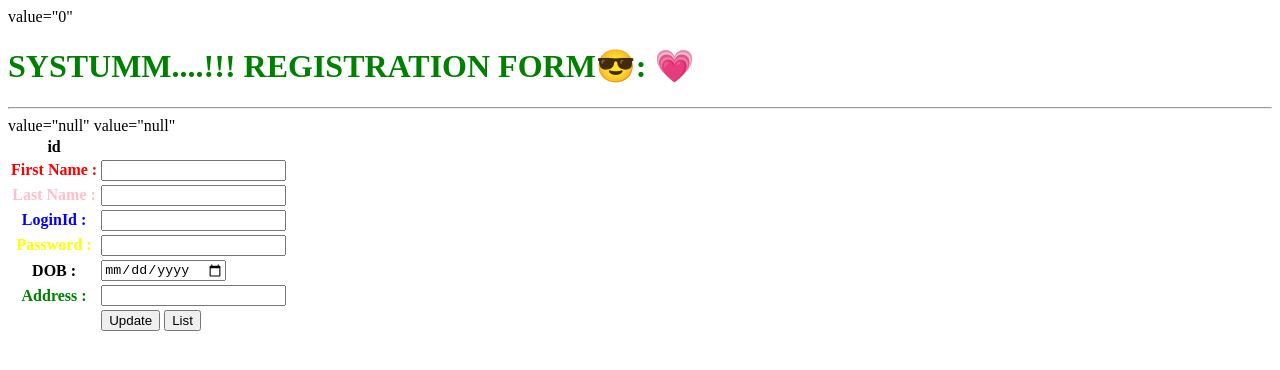
Repository: Jatdevta/AdvanceJava
Page: http://localhost/DynamicProject/UpdateUser.jsp
These files come from the project's save history. The page is drawn as it stood at one moment and after the next save; the edit follows.
The browser window is 1280 px wide. The pictures show the whole page.
The page is served by Tomcat 9. Other server files are loaded and not shown.

Above is the page before, as saved 2023-08-21 09:45:15.

### Advancejava/DynamicProject/WebContent/UpdateUser.jsp
<%@page import="in.co.rays.bean.UserBean"%>
<%@ page language="java" contentType="text/html; charset=ISO-8859-1"
	pageEncoding="ISO-8859-1"%>
<!DOCTYPE html>
<html>
<head>
<meta charset="ISO-8859-1">
<title>Insert title here</title>
</head>
<body>
 <%
 UserBean bean = new UserBean();
 %>

	<form action="UserCtl" method="post">
		<table>

			<tr>
				<th>id</th>
				<td><input type="hidden" name="id"></td>
				value="<%=bean.getId() %>"
			</tr>

			<tr>
				<h1>
					<font color="green">SYSTUMM....!!! REGISTRATION
						FORM&#128526: &#128151 </font>
				</h1>
				<hr>
				<th style="color: red;">First Name :</th>
				<td><input type="text" name="firstName"></td>
				value="<%=bean.getFirstName() %>"
			</tr>
			<tr>
				<th style="color: pink;">Last Name :</th>
				<td><input type="text" name="lastName"></td>
				value="<%=bean.getLastName() %>"
			</tr>
			<tr>
				<th style="color: blue;">LoginId :</th>
				<td><input type="text" name="loginId"></td>
			</tr>
			<tr>
				<th style="color: yellow;">Password :</th>
				<td><input type="password" name="password"></td>
			</tr>
			<tr>
				<th style="color: voilet;">DOB :</th>
				<td><input type="date" name="dob"></td>
			</tr>
			<tr>
				<th style="color: green;">Address :</th>
				<td><input type="text" name="address"></td>
			</tr>
			<tr>
				<th></th>
				<td><input type="Submit" name="operation" value="Update">
					<input type="submit" name="operation" value="List"></td>
			</tr>
		</table>
	</form>
</body>
</html>

### Advancejava/DynamicProject/src/in/co/rays/bean/UserBean.java
package in.co.rays.bean;

import java.util.Date;

public class UserBean {
	private int id ;
	private String FirstName;
	private String LastName ;
	private String LoginId;
	private String Password;
	private String Address;
	private Date Dob;
	public int getId() {
		return id;
	}
	public void setId(int id) {
		this.id = id;
	}
	public String getFirstName() {
		return FirstName;
	}
	public void setFirstName(String firstName) {
		FirstName = firstName;
	}
	public String getLastName() {
		return LastName;
	}
	public void setLastName(String lastName) {
		LastName = lastName;
	}
	public String getLoginId() {
		return LoginId;
	}
	public void setLoginId(String loginId) {
		LoginId = loginId;
	}
	public String getPassword() {
		return Password;
	}
	public void setPassword(String password) {
		Password = password;
	}
	public String getAddress() {
		return Address;
	}
	public void setAddress(String address) {
		Address = address;
	}
	public Date getDob() {
		return Dob;
	}
	public void setDob(Date dob) {
		Dob = dob;
	}




}

After the next save:
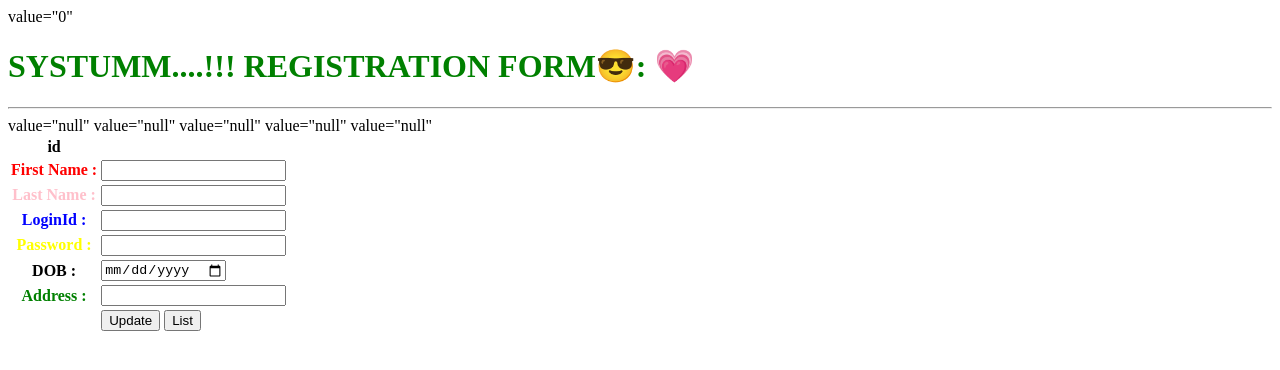
Saved 51 s later.
--- a/Advancejava/DynamicProject/WebContent/UpdateUser.jsp
+++ b/Advancejava/DynamicProject/WebContent/UpdateUser.jsp
@@ -39,14 +39,17 @@
 			<tr>
 				<th style="color: blue;">LoginId :</th>
 				<td><input type="text" name="loginId"></td>
+				value="<%=bean.getLoginId()%>"
 			</tr>
 			<tr>
 				<th style="color: yellow;">Password :</th>
 				<td><input type="password" name="password"></td>
+				value="<%=bean.getPassword()%>"
 			</tr>
 			<tr>
 				<th style="color: voilet;">DOB :</th>
 				<td><input type="date" name="dob"></td>
+				value="<%=bean.getDob() %>"
 			</tr>
 			<tr>
 				<th style="color: green;">Address :</th>
